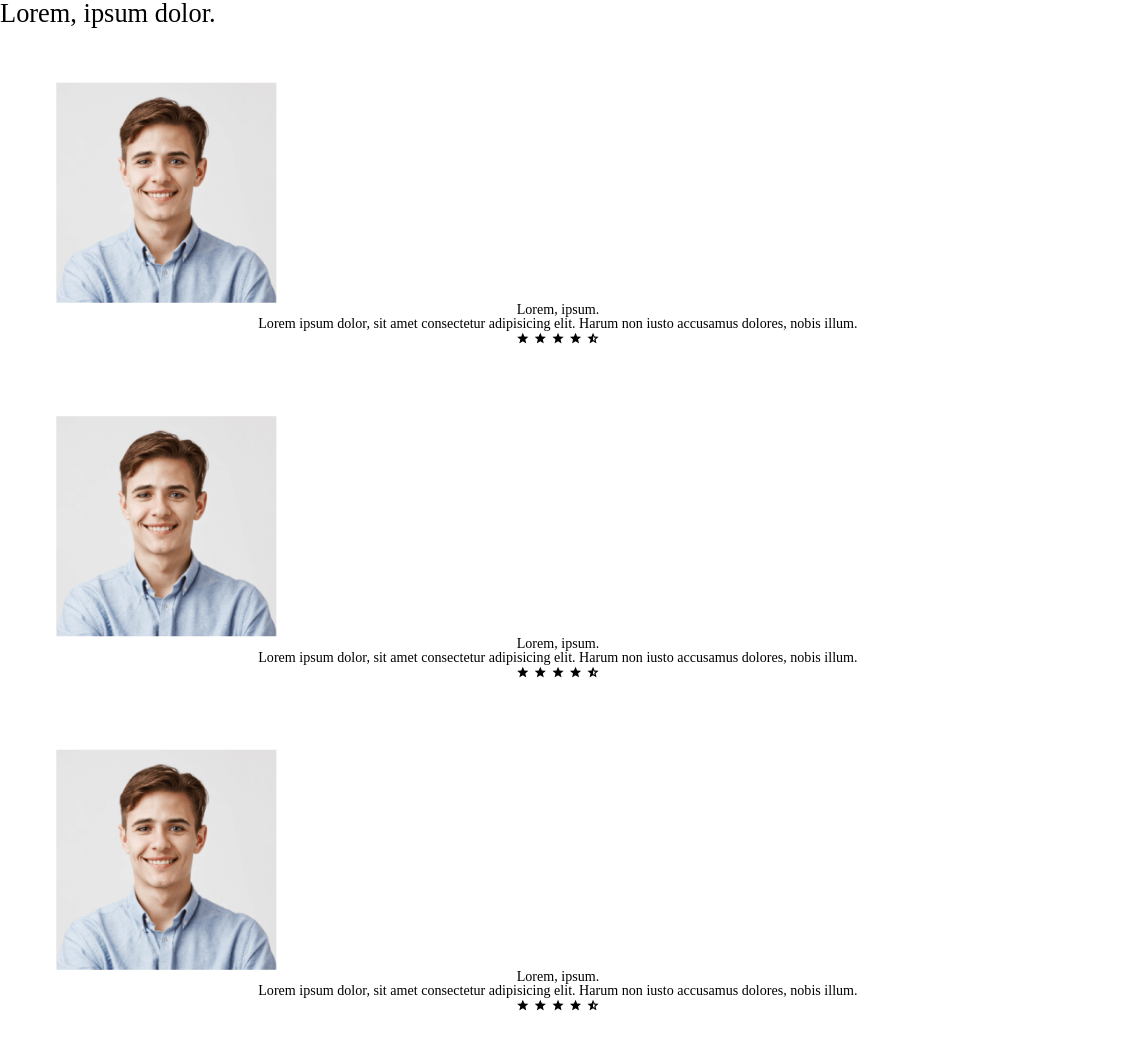
Repository: dinhhaidh/slider-3
Page: index.html
These files come from the project's save history. The page is drawn as it stood at one moment and after a run of saves; the edit follows.
The browser window is 1280 px wide. The pictures show the whole page, at 88% of full size.

Above is the page before, as saved 2024-03-22 21:52:55.

### index.html
<!DOCTYPE html>
<html lang="en">
<head>
    <meta charset="UTF-8">
    <meta name="viewport" content="width=device-width, initial-scale=1.0">
    <title>Document</title>
    <link rel="stylesheet" href="https://cdnjs.cloudflare.com/ajax/libs/remixicon/4.2.0/remixicon.min.css">

    <link rel="stylesheet" href="./css/swiper-bundle.min.css">

    <link rel="stylesheet" href="./css/style.css">

</head>
<body>
    <div class="new">
        <h3 class="new__title">
            Lorem, ipsum dolor.
        </h3>

        <div class="new__container container">
            <div class="new__swiper">
                <div>
                    <article class="new__card new__article">
                        <img src="./img1.png" alt="" class="new__img">
                        <h3 class="new__subtitle">
                            Lorem, ipsum.
                        </h3>
                        <p class="new__description">
                            Lorem ipsum dolor, sit amet consectetur adipisicing elit. Harum non iusto accusamus dolores, nobis illum.
                        </p>
                        <div class="new__stars">
                            <i class="ri-star-s-fill"></i>
                            <i class="ri-star-s-fill"></i>
                            <i class="ri-star-s-fill"></i>
                            <i class="ri-star-s-fill"></i>
                            <i class="ri-star-half-s-line"></i>
                        </div>
                    </article>

                    <article class="new__card new__article">
                        <img src="./img1.png" alt="" class="new__img">
                        <h3 class="new__subtitle">
                            Lorem, ipsum.
                        </h3>
                        <p class="new__description">
                            Lorem ipsum dolor, sit amet consectetur adipisicing elit. Harum non iusto accusamus dolores, nobis illum.
                        </p>
                        <div class="new__stars">
                            <i class="ri-star-s-fill"></i>
                            <i class="ri-star-s-fill"></i>
                            <i class="ri-star-s-fill"></i>
                            <i class="ri-star-s-fill"></i>
                            <i class="ri-star-half-s-line"></i>
                        </div>
                    </article>

                    <article class="new__card new__article">
                        <img src="./img1.png" alt="" class="new__img">
                        <h3 class="new__subtitle">
                            Lorem, ipsum.
                        </h3>
                        <p class="new__description">
                            Lorem ipsum dolor, sit amet consectetur adipisicing elit. Harum non iusto accusamus dolores, nobis illum.
                        </p>
                        <div class="new__stars">
                            <i class="ri-star-s-fill"></i>
                            <i class="ri-star-s-fill"></i>
                            <i class="ri-star-s-fill"></i>
                            <i class="ri-star-s-fill"></i>
                            <i class="ri-star-half-s-line"></i>
                        </div>
                    </article>
                </div>
            </div>
        </div>
    </div>

    <script src="./js/swiper-bundle.min.js"></script>
    <script src="./js/app.js"></script>
</body>
</html>

### css/style.css
*,
*:before,
*:after {
  box-sizing: border-box;
}
* {
  margin: 0;
  padding: 0;
  font: inherit;
}
img,
picture,
svg,
video {
  display: block;
  max-width: 100%;
}
input,
select,
textarea {
  background-color: transparent;
  outline: none;
}
button {
  cursor: pointer;
  background-color: transparent;
  outline: none;
  border: 0;
}
body {
  min-height: 100vh;
  font-weight: 400;
  font-size: 16px;
  line-height: 1;
}

.container{
  max-width: 1220px;
  Margin-inline: 1.5rem;
}


.new__title{
  font-size: 30px;
  margin-bottom: 2rem;
}

.new__card{
}
.new__article{
  padding: 2rem 2.5rem 3rem;
  text-align: center;
}
.new__img{

}
.new__subtitle{

}
.new__description{

}
.new__stars{

}
.ri-star-s-fill{

}
.ri-star-half-s-line{

}

### js/app.js

let swiperCustomer = new Swiper('.customer__swiper', {
    loop: true,
    spaceBetween: 16,
    slidesPerView: 'auto',
    centeredSlides: true,


     // Navigation arrows
    navigation: {
        nextEl: '.swiper-button-next',
        prevEl: '.swiper-button-prev',
    },

    breakpoints: {
        1150: {
            slidesPerView: 3,
            centeredSlides: false,
        }
    }
});

Loaded but not shown: css/swiper-bundle.min.css (library); js/swiper-bundle.min.js (library)

After the next 3 saves:
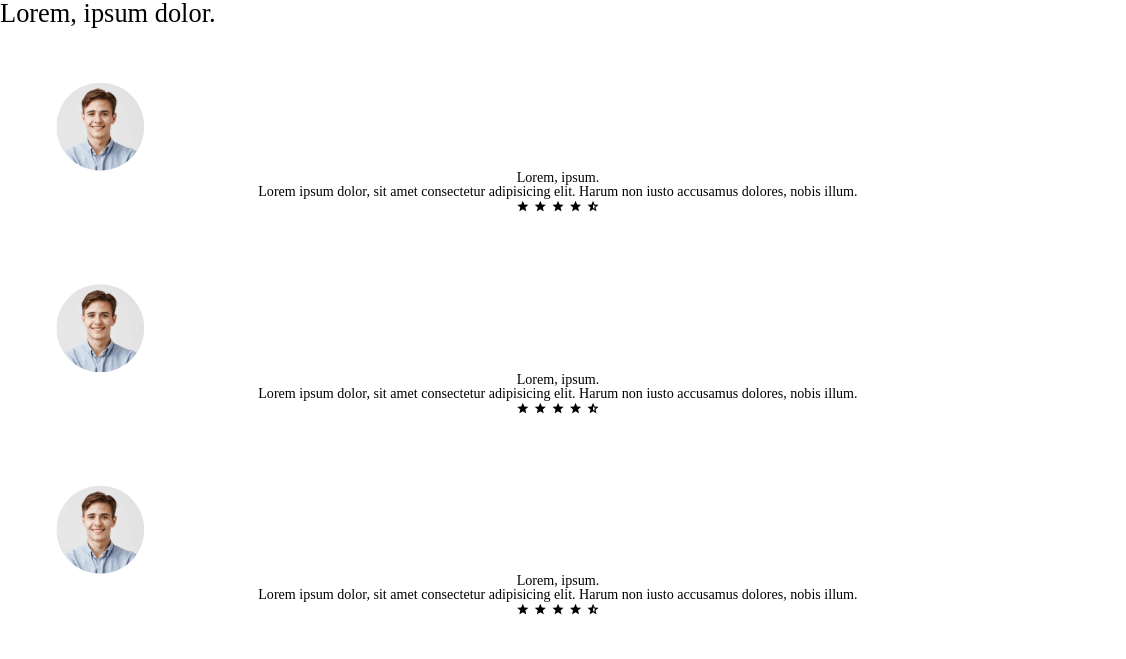
The 3 saves are shown as one change because they came seconds apart.
The last was saved 17 s later.
--- a/css/style.css
+++ b/css/style.css
@@ -52,7 +52,8 @@ body {
   text-align: center;
 }
 .new__img{
-
+  width: 100px;
+  border-radius: 50%;
 }
 .new__subtitle{
 
